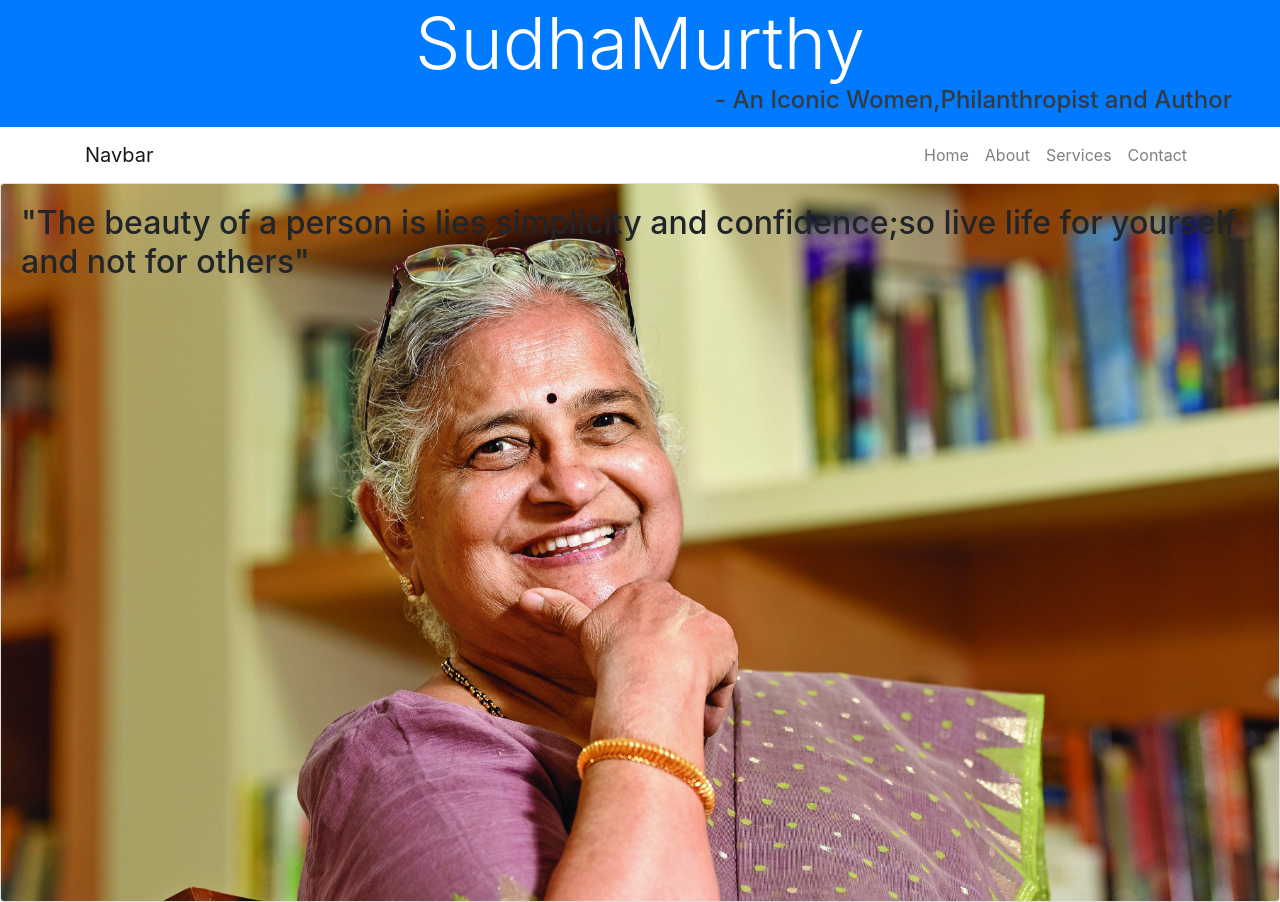
Repository: sumanthr18/RoleModel
Page: index.html
An editor plug-in stored every save of this project. The page is shown before and after the next save, followed by the edit.
The browser window is 1280 px wide. The pictures show the whole page.

Above is the page before, as saved 2020-03-14 16:47:04.

### index.html
<!DOCTYPE html>
<html lang="en">
<head>
    <meta charset="UTF-8">
    <meta name="viewport" content="width=device-width, initial-scale=1.0">
    <title>SudhaMurthy</title>
    <link rel="stylesheet" href="https://stackpath.bootstrapcdn.com/bootstrap/4.4.1/css/bootstrap.min.css" integrity="sha384-Vkoo8x4CGsO3+Hhxv8T/Q5PaXtkKtu6ug5TOeNV6gBiFeWPGFN9MuhOf23Q9Ifjh" crossorigin="anonymous">
</head>
<body>
    <header class="bg-primary pb-1">
        <h1 class="display-3 text-center my-0 text-white ">SudhaMurthy</h1>
        <h4 class="text-right mr-5 text-dark">- An Iconic Women,Philanthropist and Author</h4>
    </header>
    <nav class="navbar navbar-expand-sm navbar-light mb-0">
        <div class="container">
            <a class="navbar-brand" href="#">Navbar</a>
            <button class="navbar-toggler" data-toggle="collapse" data-target="#navbarNav">
                <span class="navbar-toggler-icon"></span>
            </button>
            <div class="collapse navbar-collapse" id="navbarNav">
                <ul class="navbar-nav ml-auto">
                    <li class="nav-item">
                        <a class="nav-link" href="#">Home</a>
                    </li>
                    <li class="nav-item">
                        <a class="nav-link" href="#">About</a>
                    </li>
                    <li class="nav-item">
                        <a class="nav-link" href="#">Services</a>
                    </li>
                    <li class="nav-item">
                        <a class="nav-link" href="#">Contact</a>
                    </li>
                </ul>
            </div>
        </div>
    </nav>
    <div class="card">
        <img class="card-img" src="Sudha_Murty_1-update.jpg">
        <div class="card-img-overlay">
            <h2 class="card-text">"The beauty of a person is lies simplicity and confidence;so live life for yourself and not for others"</h2>
        </div>
    </div>
</body>
</html>

After the next save:
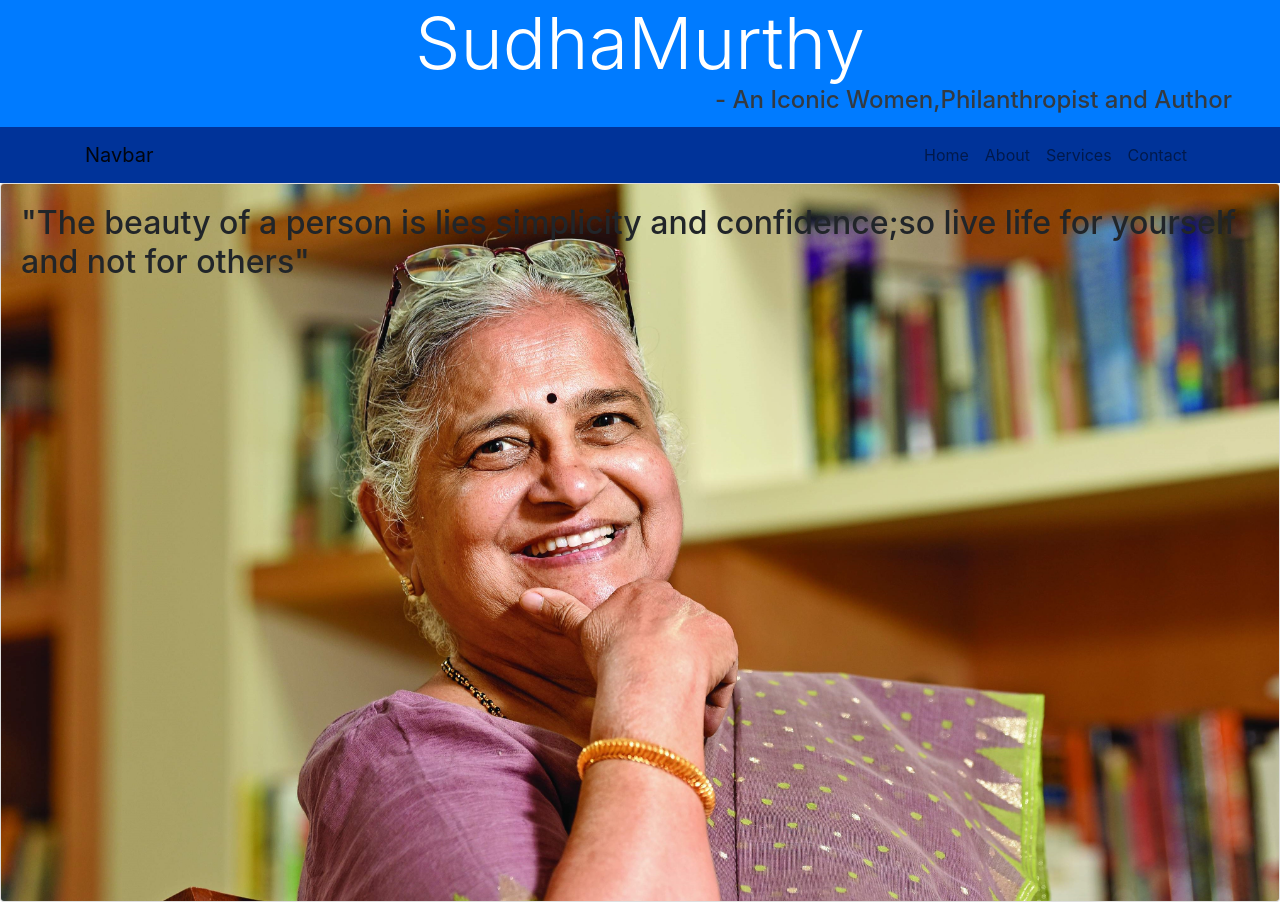
Saved 21 s later.
--- a/index.html
+++ b/index.html
@@ -11,7 +11,7 @@
         <h1 class="display-3 text-center my-0 text-white ">SudhaMurthy</h1>
         <h4 class="text-right mr-5 text-dark">- An Iconic Women,Philanthropist and Author</h4>
     </header>
-    <nav class="navbar navbar-expand-sm navbar-light mb-0">
+    <nav style="background-color: #003399;" class="navbar navbar-expand-sm navbar-light mb-0">
         <div class="container">
             <a class="navbar-brand" href="#">Navbar</a>
             <button class="navbar-toggler" data-toggle="collapse" data-target="#navbarNav">
